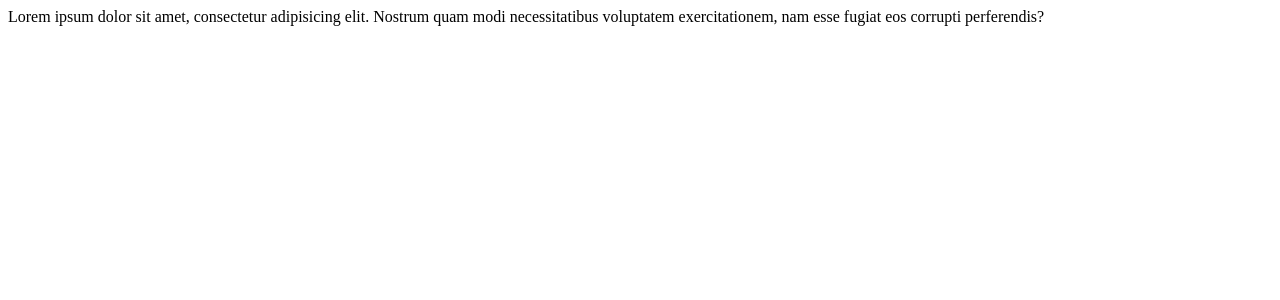
Repository: AytacSafarova/task-111
Page: index.html
An editor plug-in stored every save of this project. The page is shown before and after the next save, followed by the edit.
The browser window is 1280 px wide. The pictures show the whole page.

Above is the page before, as saved 2023-09-30 17:41:46.

After the next save:
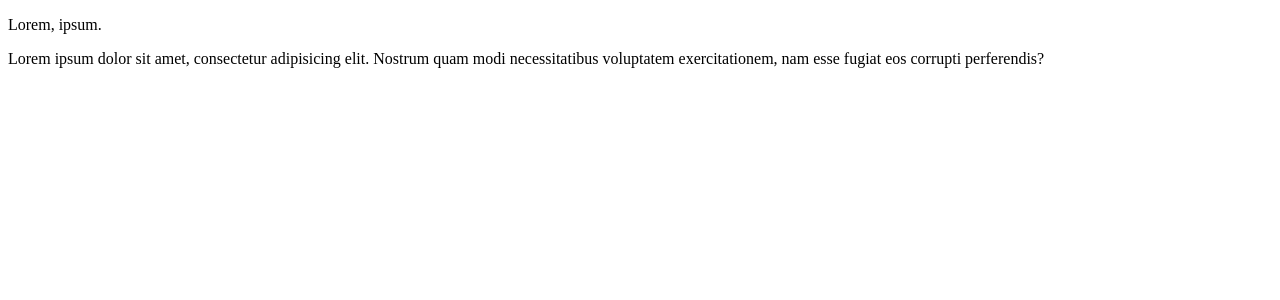
Saved 10 s later.
--- a/index.html
+++ b/index.html
@@ -6,6 +6,7 @@
   <title>Document</title>
 </head>
 <body>
+  <p>Lorem, ipsum.</p>
   <div>
     Lorem ipsum dolor sit amet, consectetur adipisicing elit. Nostrum quam modi necessitatibus voluptatem exercitationem, nam esse fugiat eos corrupti perferendis?
   </div>
